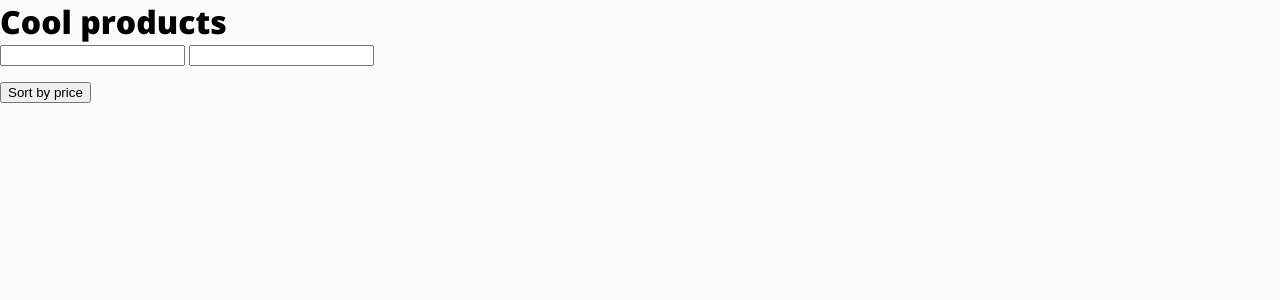
Repository: andrii1/hyf-homework
Page: javascript/javascript2/week2/hyf-bay/index.html
An editor plug-in stored every save of this project. The page is shown before and after the next save, followed by the edit.
The browser window is 1280 px wide. The pictures show the whole page.

Above is the page before, as saved 2022-07-03 15:53:34.

### javascript/javascript2/week2/hyf-bay/index.html
<head>
  <title>HyfBay</title>
  <meta name="viewport" content="width=device-width, initial-scale=1" />
  <link rel="stylesheet" type="text/css" href="main.css" />
  <link
    href="https://fonts.googleapis.com/css?family=Open+Sans:400,800"
    rel="stylesheet"
  />
</head>

<body>
  <main>
    <h1>Cool products</h1>
    <form action="#" class="form">
      <input type="text" id="search" /> <input type="text" id="maximumPrice" />
    </form>
    <button id="price-sort">Sort by price</button>
    <ul id="list"></ul>
  </main>
  <script src="hyfBayHelpers.js"></script>
  <script src="main.js"></script>
</body>

### javascript/javascript2/week2/hyf-bay/main.css
body {
    font-family: "Open Sans", sans-serif;
    background-color: #F9FBFD;
}

* {
    box-sizing: border-box;
}

body, h1, h2 {
    margin: 0;
}

ul {
    list-style-type: none;
    margin: 0;
    padding: 10;
}

.main {padding:5}

### javascript/javascript2/week2/hyf-bay/hyfBayHelpers.js
/* DONT MODIFY ANY OF THIS CODE!!!*/

window.getAvailableProducts = function () {
  function getRandomInt(min, max) {
    min = Math.ceil(min);
    max = Math.floor(max);
    return Math.floor(Math.random() * (max - min + 1)) + min;
  }

  function getRandomItem(availableProductNames) {
    return availableProductNames[
      getRandomInt(0, availableProductNames.length - 1)
    ];
  }

  function getRandomProductname() {
    const preWords = [
      "Used",
      "Fantastic",
      '"Used"',
      "Broken",
      "Beautiful",
      "Wet",
      "Green",
      "Sloppy",
      "Dirty",
    ];
    const productNames = [
      "Carrot",
      "Drone",
      "Giftcard",
      "Puppy",
      "Car",
      "Shirt",
      "Milk",
      "Chalk",
      "Fish fingers",
      "Socks",
      "Chocolate",
      "Toothbrush",
      "Computer",
      "Nokia",
      "Cologne",
    ];

    let chosenProductName = getRandomItem(productNames);
    const shouldHavePreWord = getRandomInt(0, 10) > 6;

    if (shouldHavePreWord) {
      const preWord = preWords[getRandomInt(0, preWords.length - 1)];
      chosenProductName = `${preWord} ${chosenProductName}`;
    }

    return chosenProductName;
  }

  const numberOfAvailableProducts = getRandomInt(0, 30);
  const availableProducts = Array.apply(
    null,
    Array(numberOfAvailableProducts)
  ).map(() => {
    const name = getRandomProductname();
    return {
      id: `${name}${getRandomInt(0, 100000)}`,
      name,
      price: getRandomInt(0, 10000),
      rating: getRandomInt(1, 10),
    };
  });

  return availableProducts;
};

### javascript/javascript2/week2/hyf-bay/main.js
console.log("Script loaded");
const products = getAvailableProducts();
console.log(products);
const searchInput = document.getElementById("search");
const maximumPriceInput = document.getElementById("maximumPrice");
const buttonSortPrice = document.getElementById("price-sort");
searchInput.addEventListener("input", filterProducts);
maximumPriceInput.addEventListener("input", filterProductsByPrice);
buttonSortPrice.addEventListener("click", sortProductsByPrice);
function filterProducts(event) {
  const filteredProducts = products.filter((product) =>
    product.name.toLowerCase().includes(event.target.value)
  );
  renderProducts(filteredProducts);
}

function filterProductsByPrice(event) {
  const filteredProducts = products.filter(
    (product) => product.price < event.target.value
  );
  renderProducts(filteredProducts);
}
let clickCount = 0;
function sortProductsByPrice() {
  if (clickCount % 2 == 0) {
    const sortedProducts = products.sort((a, b) => a.price - b.price);
    renderProducts(sortedProducts);
  } else {
    const sortedProducts = products.sort((a, b) => b.price - a.price);
    renderProducts(sortedProducts);
  }

  clickCount++;
}

const list = document.querySelector("#list");

function renderProducts(products) {
  // your code here
  list.innerHTML = "";
  for (let i = 0; i < products.length; i++) {
    const listItem = document.createElement("li");
    const name = document.createElement("h2");
    const price = document.createElement("p");
    const rating = document.createElement("p");
    name.innerHTML = products[i].name;
    price.innerHTML = `price: ${products[i].price}`;
    rating.innerHTML = `rating: ${products[i].rating}`;
    list.appendChild(listItem);
    list.appendChild(name);
    list.appendChild(price);
    list.appendChild(rating);
  }
}

//renderProducts(products); // This should create the ul and the li's with the individual products details

After the next save:
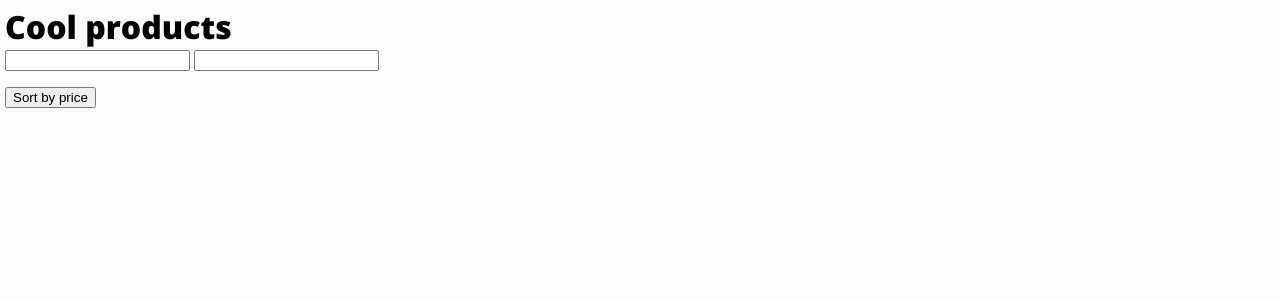
Saved 8 s later.
--- a/javascript/javascript2/week2/hyf-bay/main.css
+++ b/javascript/javascript2/week2/hyf-bay/main.css
@@ -17,4 +17,4 @@ ul {
     padding: 10;
 }
 
-.main {padding:5}
+main {padding:5}
